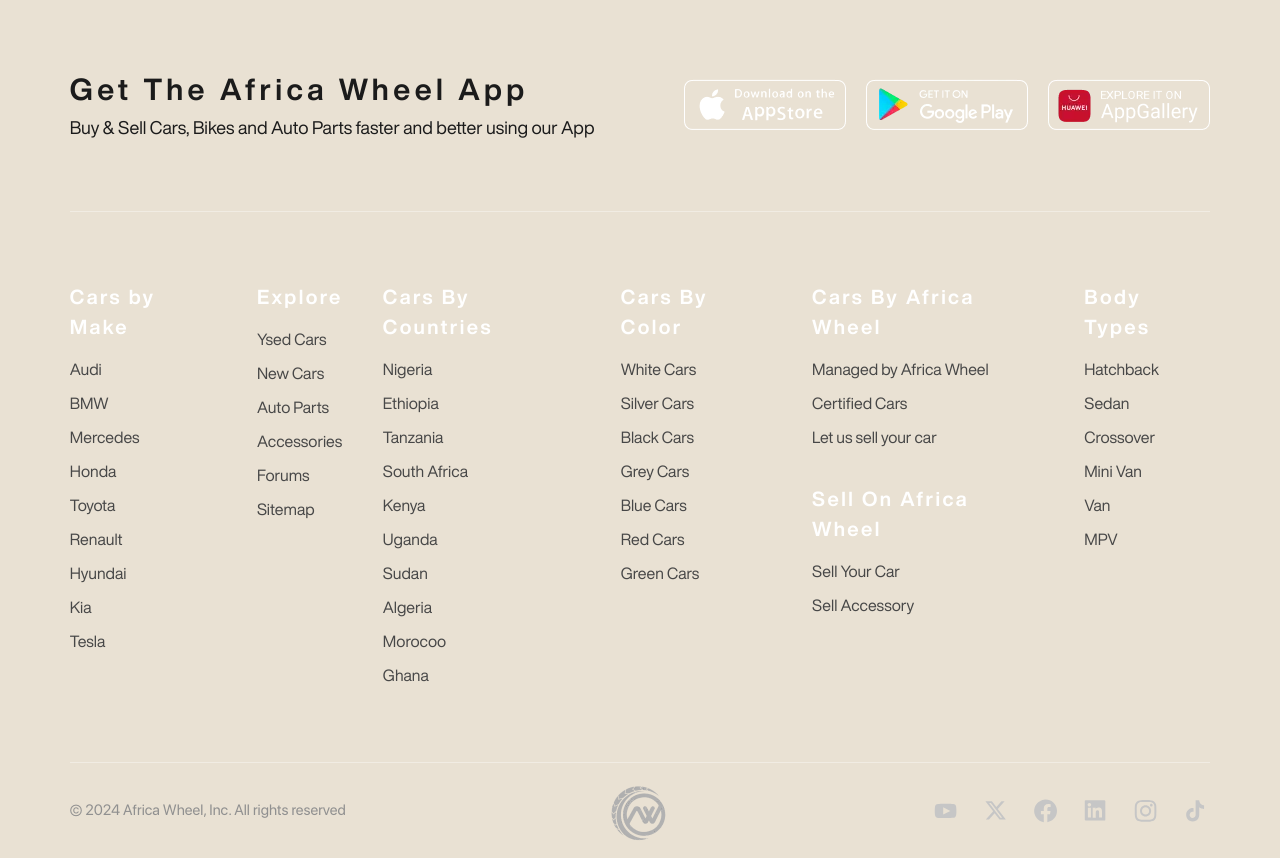
Repository: usmanunitedsol/africa_wheel
Page: pages/index.html
An editor plug-in stored every save of this project. The page is shown before and after the next save, followed by the edit.
The browser window is 1280 px wide. The pictures show the whole page.
The style sheet was rebuilt from its Sass, Less or Tailwind sources for each picture, by a compiler version that may differ from the author's.

Above is the page before, as saved 2024-08-29 16:01:50.
Console error: TypeError: Cannot read properties of null (reading 'addEventListener')

After the next save:
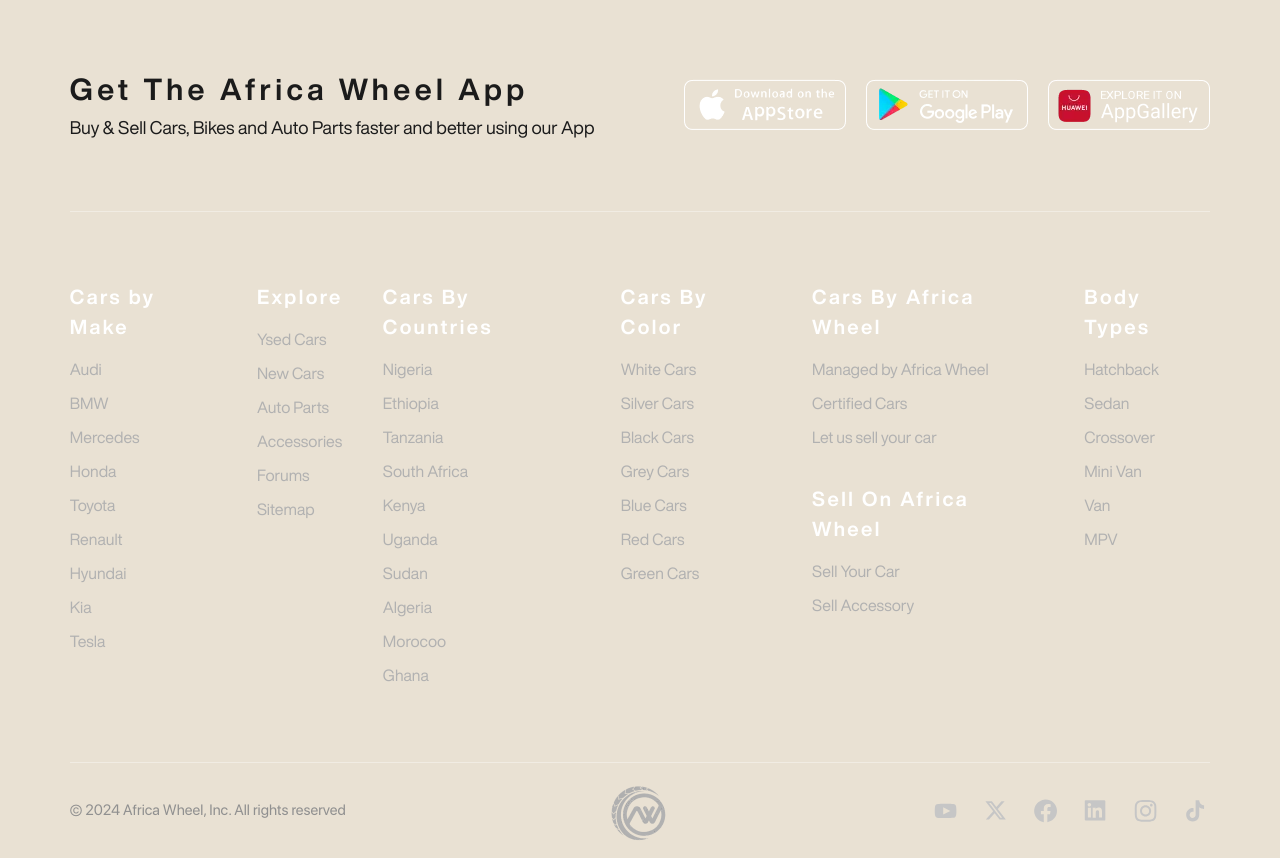
Saved 7 s later.
--- a/assets/style/less/footer.less
+++ b/assets/style/less/footer.less
@@ -99,7 +99,7 @@
                            .footer_title { font-size: 20px; line-height: 30px; font-weight: 600; margin-bottom: 10px; }
 
                         .links{ .footer_link {
-                            font-size: 16px; line-height: 24px; color: #474747; display: block; padding: 5px 0px; transition: .3s ease-in-out;
+                            font-size: 16px; line-height: 24px; display: block; padding: 5px 0px; transition: .3s ease-in-out;
                         }}
             }
 
